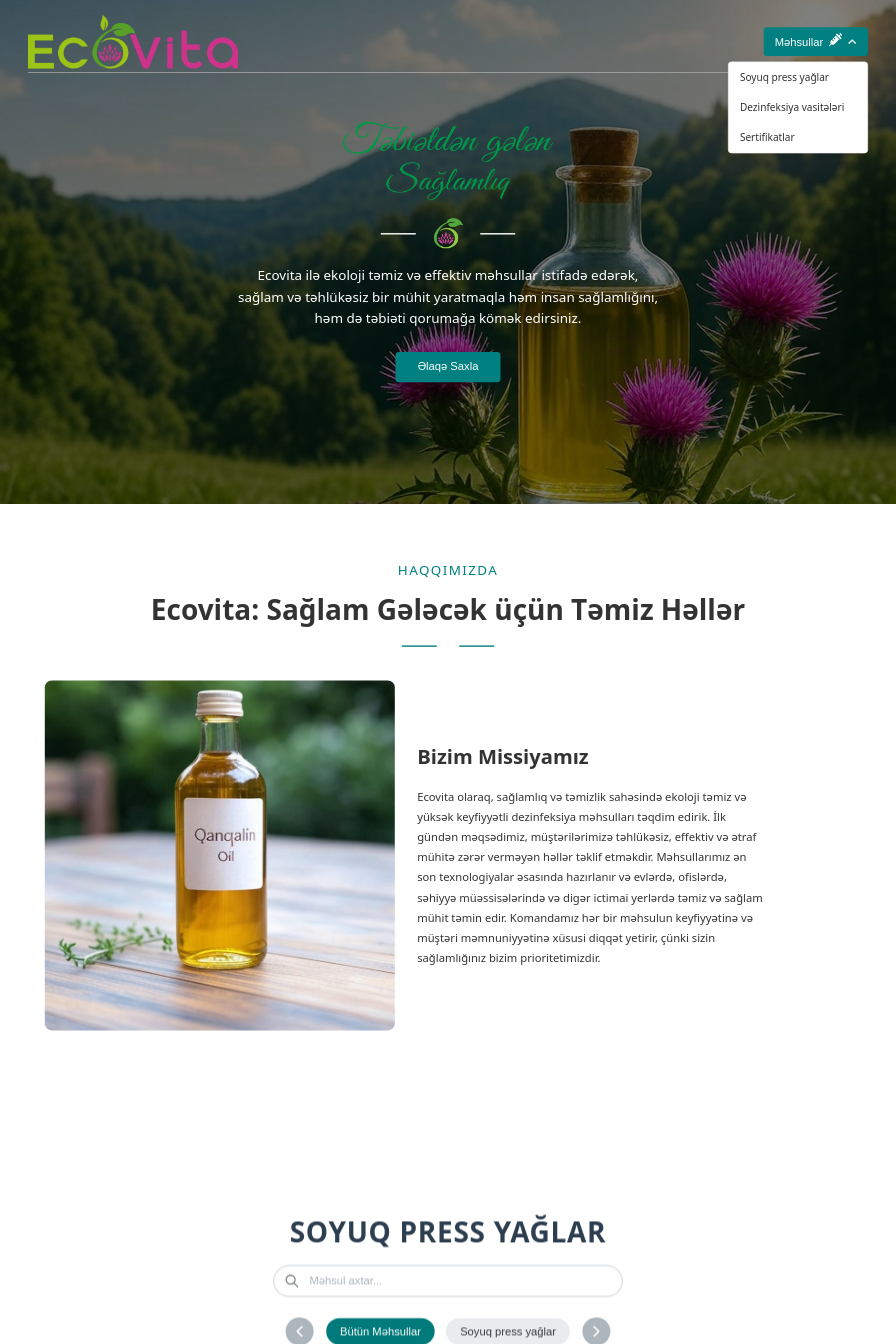
Repository: ferhadsultan98/ecovita
Page: /, after clicking the first element matching `button.products-button`
An editor plug-in stored every save of this project. The page is shown before and after the next save, followed by the edit.
The browser window is 1280 px wide. The pictures show the part of the page from y = 0 to 1920 px (the page is 7642 px tall), at 70% of full size.
The project was rebuilt for these pictures with package versions that can differ from the ones it lists, and the page was loaded fresh each time. Also part of the build but not shown: vite.config.js.

Above is the page before, as saved 2025-05-07 16:17:07.

After the next save:
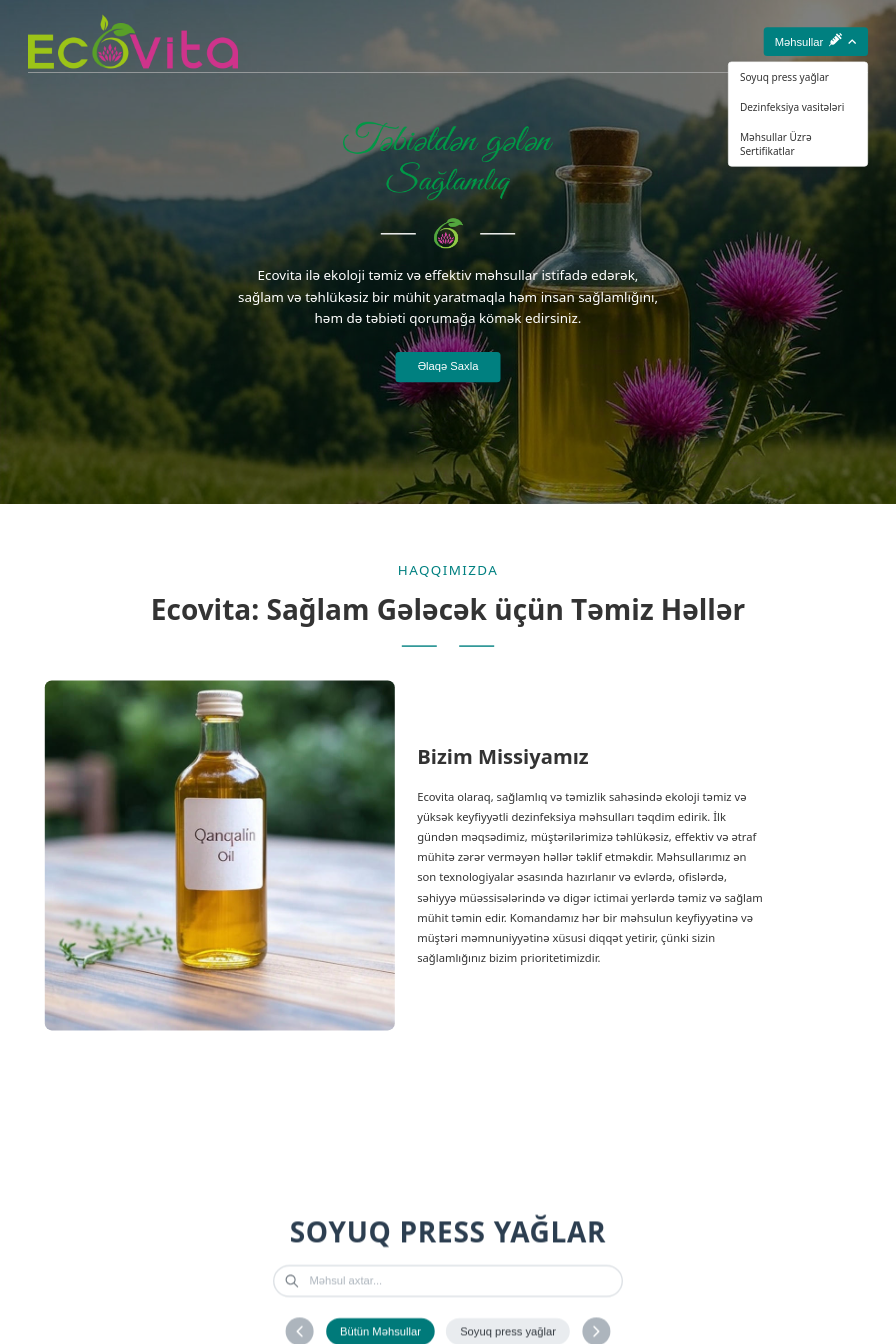
Saved 119 s later.
--- a/src/Components/Common/Header/Header.jsx
+++ b/src/Components/Common/Header/Header.jsx
@@ -83,7 +83,7 @@
                   Dezinfeksiya vasitələri
                 </li>
                 <li onClick={() => scrollToSection("certificates")}>
-                  Sertifikatlar
+                  Məhsullar Üzrə Sertifikatlar
                 </li>
               </motion.ul>
             )}
